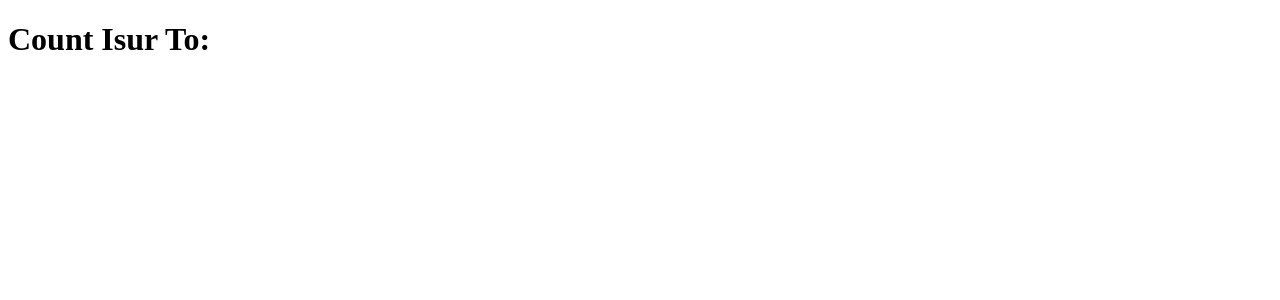
Repository: Space20001/word-count-project
Page: http://localhost/about/
The author's editor kept a copy of each file at every save. The page is drawn from the files as they stood at one save, then again after a run of saves.
The browser window is 1280 px wide. The pictures show the whole page.
The page is served by the project's application, run on Django 3.2 (manage.py). Other server files are loaded and not shown.

Above is the page before, as saved 2020-04-19 22:02:13.

### templates/count/about.html
<!DOCTYPE html>
<html>
    <body>
<h1>Count Isur To:</h1>





    </body>
</html>

### count/views.py
from django.shortcuts import render
import operator
# Create your views here.


def home(request):
    return render(request, 'count/home.html', {})


def counted(request):
    fulltext = request.GET['fulltext']
    wordlist = fulltext.split()

    worddictionary = {}

    for word in wordlist:
        if word in worddictionary:
                #increase
                worddictionary[word] += 1
        else:
        #add to dictionary
           worddictionary[word] = 1

    sortedWords = sorted(worddictionary.items(), key=operator.itemgetter(1), reverse=True)

    return render(request, 'count/counted.html', {'fulltext': fulltext, 'count': len(wordlist), 'sortedWords': sortedWords})


def about(request):
    return render(request, 'count/about.html', {about: 'about'})

### wordcount/urls.py
"""wordcount URL Configuration

The `urlpatterns` list routes URLs to views. For more information please see:
    https://docs.djangoproject.com/en/3.0/topics/http/urls/
Examples:
Function views
    1. Add an import:  from my_app import views
    2. Add a URL to urlpatterns:  path('', views.home, name='home')
Class-based views
    1. Add an import:  from other_app.views import Home
    2. Add a URL to urlpatterns:  path('', Home.as_view(), name='home')
Including another URLconf
    1. Import the include() function: from django.urls import include, path
    2. Add a URL to urlpatterns:  path('blog/', include('blog.urls'))
"""
from django.contrib import admin
from django.urls import path, include

urlpatterns = [
    path('', include('count.urls')),
    path('admin/', admin.site.urls),
]

### count/urls.py
from django.urls import path
from . import views

urlpatterns = [
    path('', views.home, name='home'),
    path('counted/', views.counted, name="counting"),
    path('about/', views.about),

]

After the next 5 saves:
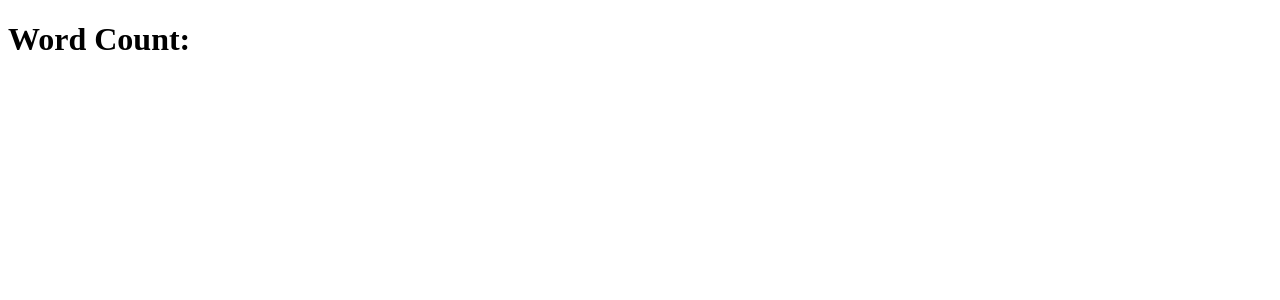
The 5 saves are shown as one change because they came seconds apart.
The last was saved 13 s later.
--- a/templates/count/about.html
+++ b/templates/count/about.html
@@ -1,8 +1,9 @@
 <!DOCTYPE html>
 <html>
     <body>
-<h1>Count Isur To:</h1>
+<h1>Word Count:</h1>
 
+<h2
 
 
 
